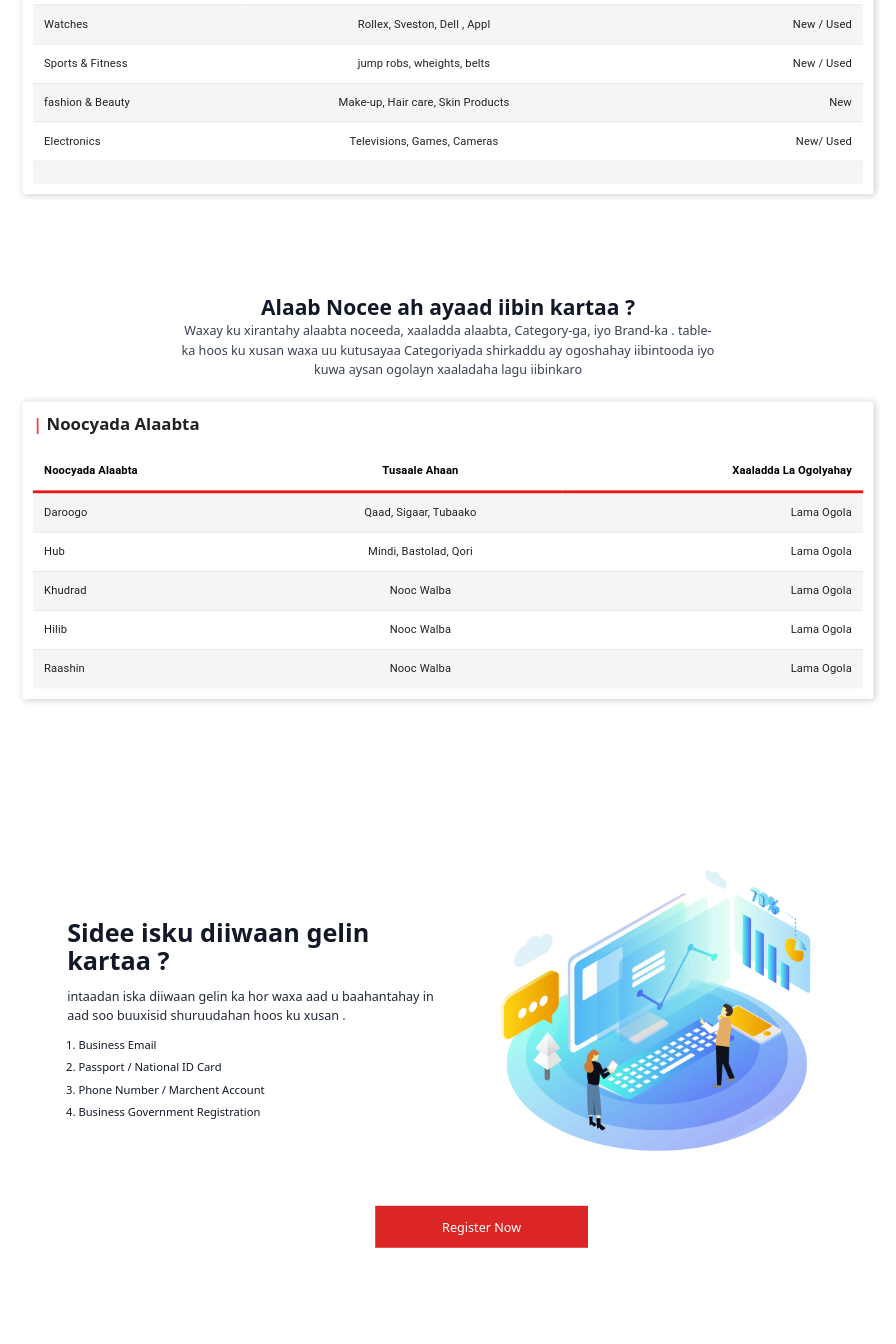
Repository: muraadso/Muraadso-Sellers
Page: /
The author's editor kept a copy of each file at every save. The page is drawn from the files as they stood at one save, then again after the next save.
The browser window is 1280 px wide. The pictures show the part of the page from y = 2672 to 4592 px (the page is 7764 px tall before and 7787 px after), at 70% of full size.
The project was rebuilt for these pictures with package versions that can differ from the ones it lists, and the page was loaded fresh each time. The framework's server and built-in components were replaced by stand-ins that run in the browser. Also part of the build but not shown: next.config.js.

Above is the page before, as saved 2021-12-12 16:50:38.

### pages/_app.js
import '../styles/globals.css'
 import 'tailwindcss/tailwind.css'
import { Layout } from '../components/Layout'


function MyApp({ Component, pageProps }) {
  return (
    <Layout>
      <Component {...pageProps} />
    </Layout>
  )
}

export default MyApp

### styles/globals.css
@import url('https://fonts.googleapis.com/css2?family=Lato:ital,wght@0,300;0,400;0,700;0,900;1,700&family=Poppins:wght@200;300;400;500;600;700&display=swap');
html,
body {
  padding: 0 ;
  margin: 0;
  overflow-x: hidden !important;
  scroll-behavior: smooth;
}

a {
  color: inherit;
  text-decoration: none;
}

* {
  box-sizing: border-box;
}


.navbar {
  box-shadow: 2px 1px 7px rgba(0, 0, 0, 0.226);
  font-family: 'Poppins', sans-serif  ;
  font-weight: 500;

}
  .logo{
    font-family: 'Lato', sans-serif;
    font-weight: 700;
    color: rgb(233, 59, 59);
    font-size: 20px ;
  }
  .how-card{
    position: relative;
    box-shadow: 0 2px 10px rgba(0, 0, 0, 0.336) ;
  }
  .regimage{
    height: 500px;

  }
  .react-player {
    background-color: white !important;
    padding: 10px;
    box-shadow: 2px 1px 11px rgba(0, 0, 0, 0.226);
    border-radius: 2px;
  }
  .player-wrapper{
    overflow-x: hidden !important;
    /* width: 100% !important; */
  }


  .formcontainer{
    box-shadow: 2px 1px 11px rgba(0, 0, 0, 0.226);

  }



@media screen and  (max-width: 768px){
  .nav{
    padding-top: 40px;
    display: flex;
    flex-direction: column;

  }

  .how-card{
  margin-bottom: 25px;
}

.tablle{
  margin-bottom: 90px;
}
.tablle2{

}
 TableContainer{
   background-color: red;
   display: hidden;
 }
 .regimage{
    max-height: 300px;

  }
  .formcontainer{
    min-width: 110%;
  }

}




@tailwind base;
@tailwind components;
@tailwind utilities

### components/Hero.jsx
const Hero = () => {
    return (
        <div className="md:grid-cols-2 md:grid md:mt-11 hero">
                <div className="md:px-16 md:py-36 py-11 herotxt">
                    <h6 className="px-2 font-medium text-gray-500">ku iibi muraadso</h6>
                    <h1 className="my-5 text-3xl font-bold text-gray-800 capitalize md:font-bold md:text-gray-800 md:capitalize lg:text-6xl">sidee ugu iibin krtaa <br /> alaabtaada <span  className="text-red-600 md:text-red-600">muraadso</span></h1>

                    <p className="text-gray-700 md:text-left">
                         Whether you’ve already got an established e-commerce business , a great idea for a new product, or you just have a passion for selling, here’s how to take that next step with Muraadso </p>
                </div>

                <div className="heroimg">
                    <img className="w-4/4 "  src="/images/heroimage.png" alt="heroimage" />
                </div>
        </div>
    )
}

export default Hero

### components/About.jsx

const About = () => {
    return (
        <div className="mt-32">
            <h1 className="text-3xl font-bold text-center">Ku Iibso Muraadso</h1>
            <div className="gap-0 md:px-16 md:grid-cols-2 md:grid about-content">
                <div className="mt-12 aboutimg">
                  <img src="/images/aboutimage.png" className="md:h-96" alt="about image" />
                </div>
                <div className="md:mt-20 mt-11 about-text">
                    <p className="text-xl text-justify">
                        Muraadso waa hogaanka suuqa casriga ee online waana suuq aad ku iibin kartid alaabtaada, ahaw ganacsade alaabta sameeya, mid soo dajiya, si fudud ayaad ugu iibin kartaa suuqa casriga muraadso, sidoo kale ka mid noqo ganacsiyada shabakada internet ku iibiya alaabaha adiga oon ku kharash badan galin, kana faa’idaysanaya khubarada team ka muraadso helayana tobabaro iyo caawimo sidaad ugu iibin lahayd muraadso dhexdeeda Ku dhex iibta muraadso waa wax fudud sidoo kalena kharash yari kaaga bixi karo ama wax kharash ahi kaa baxayn, kaliya waxa lagaaga bahanyay in aad is diwaan galisid, kuna gurtid alaabta aad haysid online shirkada sidaana aad ku bilawdid iibka alaabtaada....<span className="text-red-600">Read More</span>
                    </p>
                </div>


            </div>
        </div>
    )
}

export default About

### components/Howtoreg.jsx
const Howtoreg = () => {
  return (
    <div className="flex flex-col md:p-16 howtoreg mb-11 md:mb-6 ">
      <div className="grid items-center justify-between md:grid-cols-2 registerdoc">
        <div className="space-y-4 regcontent">
          <h1 className="text-xl font-bold text-gray-900 md:text-4xl">Sidee isku diiwaan gelin kartaa ?</h1>
          <p className="text-lg text-gray-800 ">intaadan iska diiwaan gelin ka hor waxa aad u baahantahay in aad
            soo buuxisid shuruudahan hoos ku xusan .</p>
            <ol className="ml-4 space-y-2 font-medium text-gray-900 list-decimal">
              <li>Business Email</li>
              <li>Passport / National ID Card</li>
              <li>Phone Number / Marchent Account </li>
              <li>Business Government Registration</li>
            </ol>
        </div>
        <div className="flex items-center justify-end regimage">
          <img className="regimage" src="/images/registrationn.png" alt="" />
        </div>

      </div>
      <div className="flex flex-col items-center justify-center space-y-4 md:space-x-24 md:flex-row acceptterms">
        <div className="flex flex-row items-center justify-center check">
        </div>
        <div className="items-center justify-center text-center">
        <button className="items-center justify-center px-24 py-3 text-sm text-white bg-red-600 md:text-center md:text-lg md:px-24 md:py-4 ">Register Now</button>
        </div>
      </div>


    </div>
  )
}

export default Howtoreg

### components/Whatsell.jsx
import * as React from 'react';
import { styled } from '@mui/material/styles';
import Table from '@mui/material/Table';
import TableBody from '@mui/material/TableBody';
import TableCell, { tableCellClasses } from '@mui/material/TableCell';
import TableContainer from '@mui/material/TableContainer';
import TableHead from '@mui/material/TableHead';
import TableRow from '@mui/material/TableRow';
import Paper from '@mui/material/Paper';

const StyledTableCell = styled(TableCell)(({ theme }) => ({

  [`&.${tableCellClasses.head}`]: {
    backgroundColor: theme.palette.common.white,
    color: theme.palette.common.black,
    borderBottom: '4px solid rgb(240, 17, 17)' ,
    fontSize: '16px',
    fontWeight: '600',

  },
  [`&.${tableCellClasses.body}`]: {
    fontSize: 16,
  },
}));

const StyledTableRow = styled(TableRow)(({ theme }) => ({
  '&:nth-of-type(odd)': {
    backgroundColor: theme.palette.action.hover,


  },
  // hide last border
  '&:last-child td, &:last-child th': {
    border: 0,
  },
}));





function createData(noocaAlaabta, tusaale, xaaladda) {
  return { noocaAlaabta, tusaale, xaaladda };
}

const rows =[
  createData('Laptops', 'Hp, Acer, Dell , Appl', 'New / Used'),
  createData('Mobiles', 'Samsung, Redmi, Nokia, Apple', 'New / Used'),
  createData('Watches', 'Rollex, Sveston, Dell , Appl', 'New / Used'),
  createData('Sports & Fitness', 'jump robs, wheights, belts ', 'New / Used'),
  createData('fashion & Beauty', 'Make-up, Hair care, Skin Products', 'New'),
  createData('Electronics', 'Televisions, Games, Cameras', 'New/ Used'),
  createData('')
]
const rows2 = [
  createData('Daroogo', "Qaad, Sigaar, Tubaako", 'Lama Ogola'),
  createData('Hub', 'Mindi, Bastolad, Qori', 'Lama Ogola'),
  createData('Khudrad', 'Nooc Walba', 'Lama Ogola'),
  createData('Hilib', 'Nooc Walba', 'Lama Ogola'),
  createData('Raashin', 'Nooc Walba', 'Lama Ogola')

];

export default function Whatsell() {
  return (
      <>
    <div className="flex flex-col items-center md:justify-center md:mb-36 tablle mb-11">
                <h1 className="text-xl font-bold text-center text-gray-900 md:text-3xl">Alaab Nocee ah ayaad iibin kartaa ?</h1>
                <p className="max-w-3xl mb-8 text-sm text-center text-gray-700 md:text-lg">Waxay ku xirantahy alaabta noceeda, xaaladda alaabta, Category-ga, iyo Brand-ka .
                table-ka hoos ku xusan waxa uu kutusayaa Categoriyada shirkaddu ay ogoshahay iibintooda
                iyo kuwa aysan ogolayn xaaladaha lagu iibinkaro </p>

            <TableContainer className="mw-screen-lg TableContainer" component={Paper} sx={{ padding: "15px", minWidth: 380 , maxWidth: 1500, boxShadow: '2px 1px 11px rgba(0, 0, 0, 0.226)' }}>
        <h1 className="mb-6 text-2xl font-bold "> <span className="font-black text-red-500 ">|</span> Noocyada Alaabta</h1>
      <Table sx={{ minWidth: 500 }} aria-label="customized table">
        <TableHead>
          <TableRow>
            <StyledTableCell>Noocyada Alaabta</StyledTableCell>
            <StyledTableCell align="center"> Tusaale Ahaan</StyledTableCell>
            <StyledTableCell align="right">Xaaladda La Ogolyahay</StyledTableCell>
          </TableRow>
        </TableHead>
        <TableBody>
          {rows.map((row) => (
            <StyledTableRow key={row.noocaAlaabta} sx={{backgroundColor: 'white'}}>
              <StyledTableCell component="th" scope="row">
                {row.noocaAlaabta}
              </StyledTableCell>
              <StyledTableCell   align="center">{row.tusaale}</StyledTableCell>
              <StyledTableCell align="right">{row.xaaladda}</StyledTableCell>
            </StyledTableRow>
          ))}
        </TableBody>
      </Table>
    </TableContainer>

    </div>


    <div className="flex flex-col items-center md:justify-center md:mb-36 tablle mb-11">
                <h1 className="text-xl font-bold text-center text-gray-900 md:text-3xl">Alaab Nocee ah ayaad iibin kartaa ?</h1>
                <p className="max-w-3xl mb-8 text-sm text-center text-gray-700 md:text-lg">Waxay ku xirantahy alaabta noceeda, xaaladda alaabta, Category-ga, iyo Brand-ka .
                table-ka hoos ku xusan waxa uu kutusayaa Categoriyada shirkaddu ay ogoshahay iibintooda
                iyo kuwa aysan ogolayn xaaladaha lagu iibinkaro </p>

            <TableContainer className="mw-screen-lg TableContainer" component={Paper} sx={{ padding: "15px", minWidth: 380 , maxWidth: 1500, boxShadow: '2px 1px 11px rgba(0, 0, 0, 0.226)' }}>
        <h1 className="mb-6 text-2xl font-bold "> <span className="font-black text-red-500 ">|</span> Noocyada Alaabta</h1>
      <Table sx={{ minWidth: 500 }} aria-label="customized table">
        <TableHead>
          <TableRow>
            <StyledTableCell>Noocyada Alaabta</StyledTableCell>
            <StyledTableCell align="center"> Tusaale Ahaan</StyledTableCell>
            <StyledTableCell align="right">Xaaladda La Ogolyahay</StyledTableCell>
          </TableRow>
        </TableHead>
        <TableBody>
          {rows2.map((row) => (
            <StyledTableRow key={row.noocaAlaabta} sx={{backgroundColor: 'white'}}>
              <StyledTableCell component="th" scope="row">
                {row.noocaAlaabta}
              </StyledTableCell>
              <StyledTableCell   align="center">{row.tusaale}</StyledTableCell>
              <StyledTableCell align="right">{row.xaaladda}</StyledTableCell>
            </StyledTableRow>
          ))}
        </TableBody>
      </Table>
    </TableContainer>

    </div>




     </>
  );
}

### components/Howtolist.jsx
import ReactPlayer from 'react-player'


const Howtoreg = () => {
  return (
    <div className="flex flex-col space-y-11 md:space-y-24 md:p-16 howtoreg">
      <div className="grid items-center justify-between md:grid-cols-2 registerdoc">
        <div className="space-y-4 regcontent">
          <h1 className="text-xl font-bold text-gray-900 md:text-4xl">Alaabtaada habkan uso diiwaan geli</h1>
          <p className="text-lg text-gray-800 ">kadib marka laguu ogolaado in aad soo diiwaan gelisid alaabtaada
waxaa muhiim ah in aad qaadid talaabooyinkan si alaabta aad
u diiwaan gelisid ay uga soo muuqato Bogga MURAADSO</p>
            <ol className="ml-4 space-y-2 font-medium text-gray-900 list-decimal">
              <li>magaca alaabta oo dhamaystiran</li>
              <li>faahfaahinta alaabta </li>
              <li>xaddiga aad ka haysid alaabta </li>
              <li>qiimaha alaabta </li>
              <li>categoryga ay ka tirsantaha</li>
              <li>brand-ka alaabta ama shirkada smaysay</li>
              <li>4 ama 3 sawir oo quality-goodu sareeyo</li>
              <li>alaabta features-keeda</li>
              <li>alaabta tag-skeeda ama keywordskeda</li>
            </ol>
        </div>
        <div className="flex items-center justify-end regimage">
          <img className="regimage" src="/images/dashboard.png" alt="" />
        </div>

      </div>

      <div className="flex flex-col items-center justify-center space-y-6 watch">
          <h1 className="text-lg font-medium text-center md:font-bold md:text-xl ">Ama Daawo Video-gan Kuu Sharaxaya Habka looso geliyo Product</h1>
         <div className='flex items-center justify-center w-screen p-2 overflow-x-hidden mx-11 player-wrapper'>
        <ReactPlayer
          className=' react-player'
          url='hhttps://www.youtube.com/watch?v=qS5MdsgyWb4&t=5s'
        style={{
            backgroundColor: '#ff0000'
        }}

        />
      </div>
      </div>




    </div>
  )
}

export default Howtoreg

### components/Reg.jsx
import TextField from '@mui/material/TextField';
import Checkbox from '@mui/material/Checkbox';
import FormControlLabel from '@mui/material/FormControlLabel';



const Reg = () => {
    return (
        <div className="container flex flex-col items-center justify-center md:w-screen md:px-11 mb-36 ">
            <h1 className="text-lg font-bold text-center md:text-3xl ">Nagu Soo Biir Macmiil</h1>
            <div className="flex flex-col items-center justify-center py-10 mt-24 bg-white rounded md:w-9/12 md:px-11 space-y-7 formcontainer">
            <h1 className="text-lg font-bold text-center md:text-3xl ">Is Diiwaan Geli</h1>
                <div className="grid w-5/6 grid-cols-1 md:grid-cols-2 gap-x-6 gap-y-7 form">
                  <TextField id="outlined-basic" label="First Name" variant="outlined" />
                  <TextField id="outlined-basic" label="Last Name" variant="outlined" />
                  <TextField id="outlined-basic" label="Magaalada" variant="outlined" />
                  <TextField id="outlined-basic" label="Address" variant="outlined" />
                  <TextField type="number" id="outlined-basic" label="Phone Number" variant="outlined" />
                  <TextField id="outlined-basic" label="Magaca Ganasiga" variant="outlined" />
                  <TextField id="outlined-basic" label="Noca Ganasiga" variant="outlined" />
                </div>

                <div className="flex flex-col items-center justify-center text-center">
                    <FormControlLabel className="mb-2" control={<Checkbox />} label="I accept the privacy and policy" />
                   <button
                    className="items-center justify-center px-24 py-3 text-sm text-white bg-red-600 md:text-center md:text-lg md:px-24 md:py-4 ">
                        Register Now
                    </button>
        </div>
            </div>





        </div>
    )
}

export default Reg

### components/Navbar.jsx
import React, { useState } from "react";
import { HiOutlineMenuAlt2, HiOutlineMenuAlt3 } from "react-icons/hi";



export default function Navbar() {
  const [showNav, setShowNav] = useState(false);

  return (
    <nav className="sticky top-0 z-20 items-center justify-between bg-white px-14 md:px-24 md:py-3 navbar md:flex">
      <div className="flex items-center justify-between">
        <a href="#">
          <h2>Muraadso</h2>
        </a>


        {showNav ? (
          <HiOutlineMenuAlt3
            onClick={() => setShowNav(!showNav)}
            className="block w-10 h-10 p-2 cursor-pointer md:hidden" />

        ) : (
          <HiOutlineMenuAlt2
            onClick={() => setShowNav(!showNav)}
            className="block w-10 h-10 p-2 cursor-pointer md:hidden"
          />
        )}
      </div>

      <ul
        className={
          (showNav ? "left-0" : "-left-full") +
          " md:static fixed bottom-0 md:ml-24 top-14 md:flex md:space-x-6 items-center md:bg-transparent bg-gray-700 rounded md:rounded-none md:bg-white bg-opacity-90 md:w-auto w-10/12 md:text-gray-800 text-white  md:space-y-0 space-y-5 p-2 transition-left nav"
        }
      >
        <a href="#"> Home</a>
        <a href="#"> About</a>
        <a href="#"> Doc</a>
        <a href="#"> Contact Us</a>
      <a className="px-4 py-2 text-white bg-red-600 rounded" href="">Signup</a>
      </ul>
    </nav>
  );
}

























// const Navbar = () => {
//     return (
//         <div>
//      <div className="sticky top-0 z-20 items-center justify-between bg-white md:flex navbar">
//          <a className="logo" href="#">Muraadso</a>
//          <nav className="fixed bottom-0 items-center w-10/12 p-2 space-y-5 text-white bg-gray-500 md:static top-12 md:flex md:space-x-7 md:bg-transparent bg-opacity-90 md:w-auto md:text-gray-500 md:space-y-0 transition-left nav">
//              <a className="hover:text-red-600" href="">Home</a>
//              <a className="hover:text-red-600" href="">About</a>
//              <a className="hover:text-red-600" href="">Doc</a>
//              <a className="hover:text-red-600" href="">Contact Us</a>
//          </nav>
//          <a href="#" className="px-4 py-2 text-white bg-red-600 rounded hover:bg-red-700 signup ">Signup</a>
//      </div>

//         </div>
//     )
// }

// export default Navbar

### components/Footer.jsx
import FacebookIcon from '@mui/icons-material/Facebook';
import InstagramIcon from '@mui/icons-material/Instagram';
import YouTubeIcon from '@mui/icons-material/YouTube';
import Divider from '@mui/material/Divider';
import CopyrightIcon from '@mui/icons-material/Copyright';





const Footer = () => {
    return (
        <div className="px-2 py-8 border md:px-24 md:py-16 bg-gray-50 space-y-7">
            <div className="flex flex-col items-center justify-between space-y-4 md:flex-row upper md-space-y-0">

            <div className="flex items-center space-x-5 md:space-x-7 justify-items-start footercontent">
                <a href="#">About Us</a>
                <a href="#">How it Works</a>
                <a href="#">Nagu Dooro</a>
                <a href="#">Register</a>

            </div>

            <div className="footericons space-x-7">
                <FacebookIcon sx={{ fontSize: 30, color: "#ff5e5b" }} />
                <InstagramIcon sx={{ fontSize: 30, color: "#ff5e5b" }} />
                <YouTubeIcon sx={{ fontSize: 30, color: "#ff5e5b" }} />
            </div>

            </div>
            <Divider className="text-red-600">Muraadso.com</Divider>

            <div className="flex flex-col items-center justify-between space-y-3 md:space-y-0 md:flex-row bottom">
                <a href="#"> <CopyrightIcon className="items-center" sx={{fontSize: 15}} /> 2021 Muraadso.All rights reserved. </a>
                <div className="space-x-8 term">
                <a href="#">Privacy Policy</a>
                <a href="#">Terms Of Service</a>
                </div>


            </div>

        </div>
    )
}

export default Footer

Loaded but not shown: pages/api/hello.js (common file); styles/Home.module.css (common file); pages/index.js (32 lines, source omitted); tailwind.config.js (18 lines, source omitted); components/Layout.js (15 lines, source omitted); components/Whyus.jsx (70 lines, source omitted); components/How.jsx (66 lines, source omitted)

After the next save:
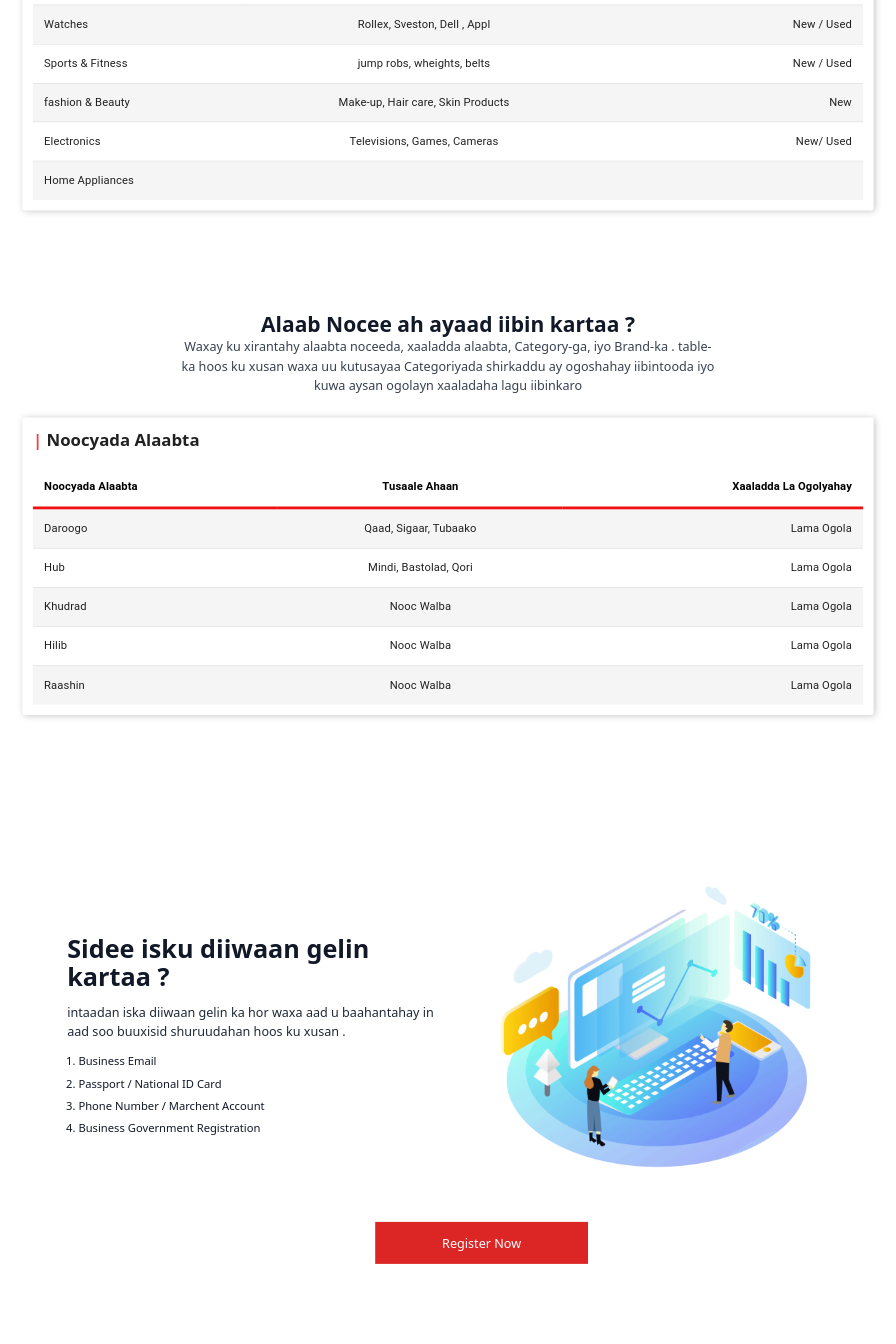
Saved 10 s later.
--- a/components/Whatsell.jsx
+++ b/components/Whatsell.jsx
@@ -50,7 +50,7 @@ const rows =[
   createData('Sports & Fitness', 'jump robs, wheights, belts ', 'New / Used'),
   createData('fashion & Beauty', 'Make-up, Hair care, Skin Products', 'New'),
   createData('Electronics', 'Televisions, Games, Cameras', 'New/ Used'),
-  createData('')
+  createData('Home Appliances', )
 ]
 const rows2 = [
   createData('Daroogo', "Qaad, Sigaar, Tubaako", 'Lama Ogola'),
